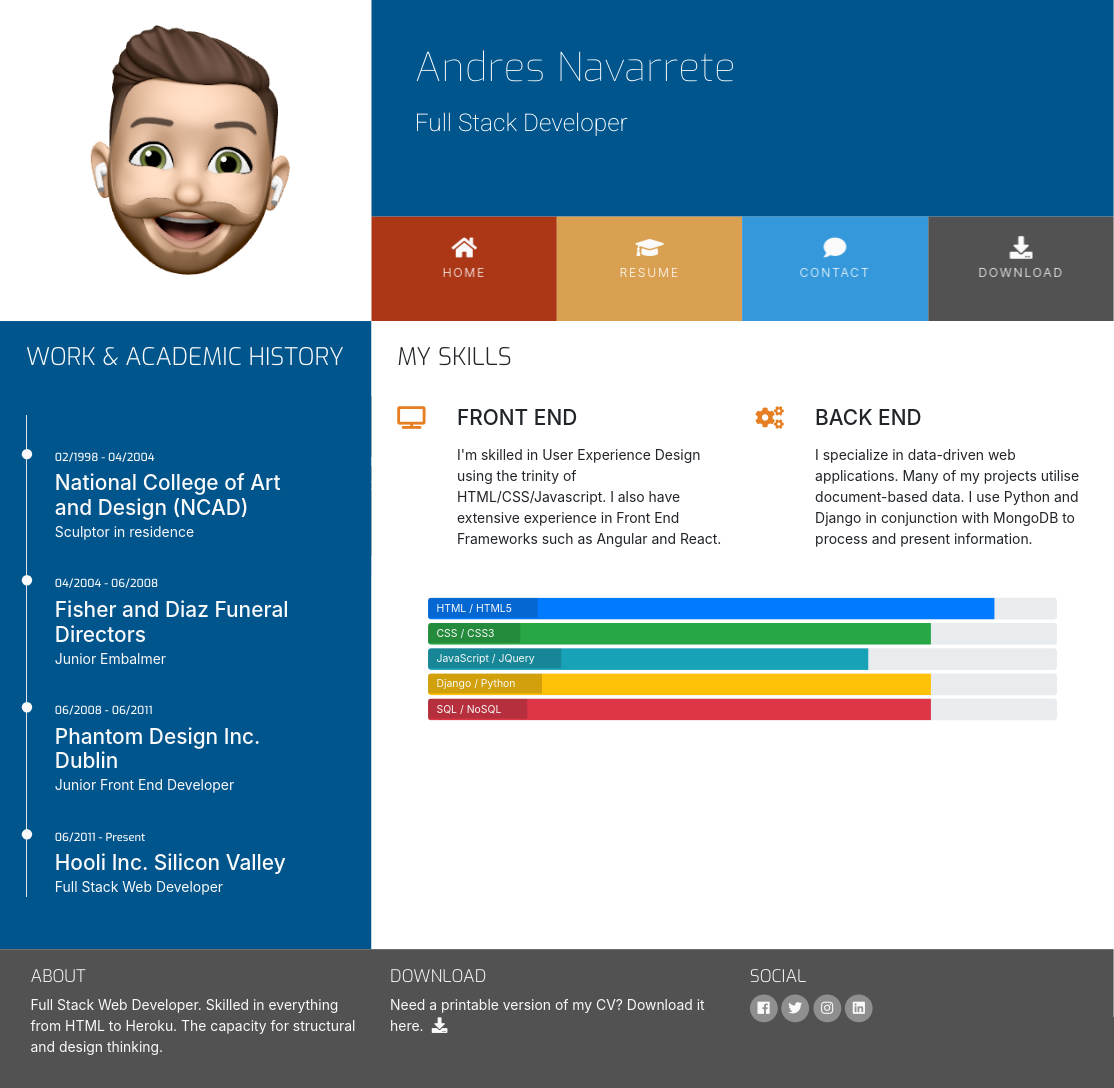
Repository: andna5980/cloud9-workspace
Page: resume.html
The author's editor kept a copy of each file at every save. The page is drawn from the files as they stood at one save, then again after the next save.
The browser window is 1280 px wide. The pictures show the whole page, at 87% of full size.
Some web libraries are served in a nearby version.

Above is the page before, as saved 2022-04-24 09:56:22.

After the next save:
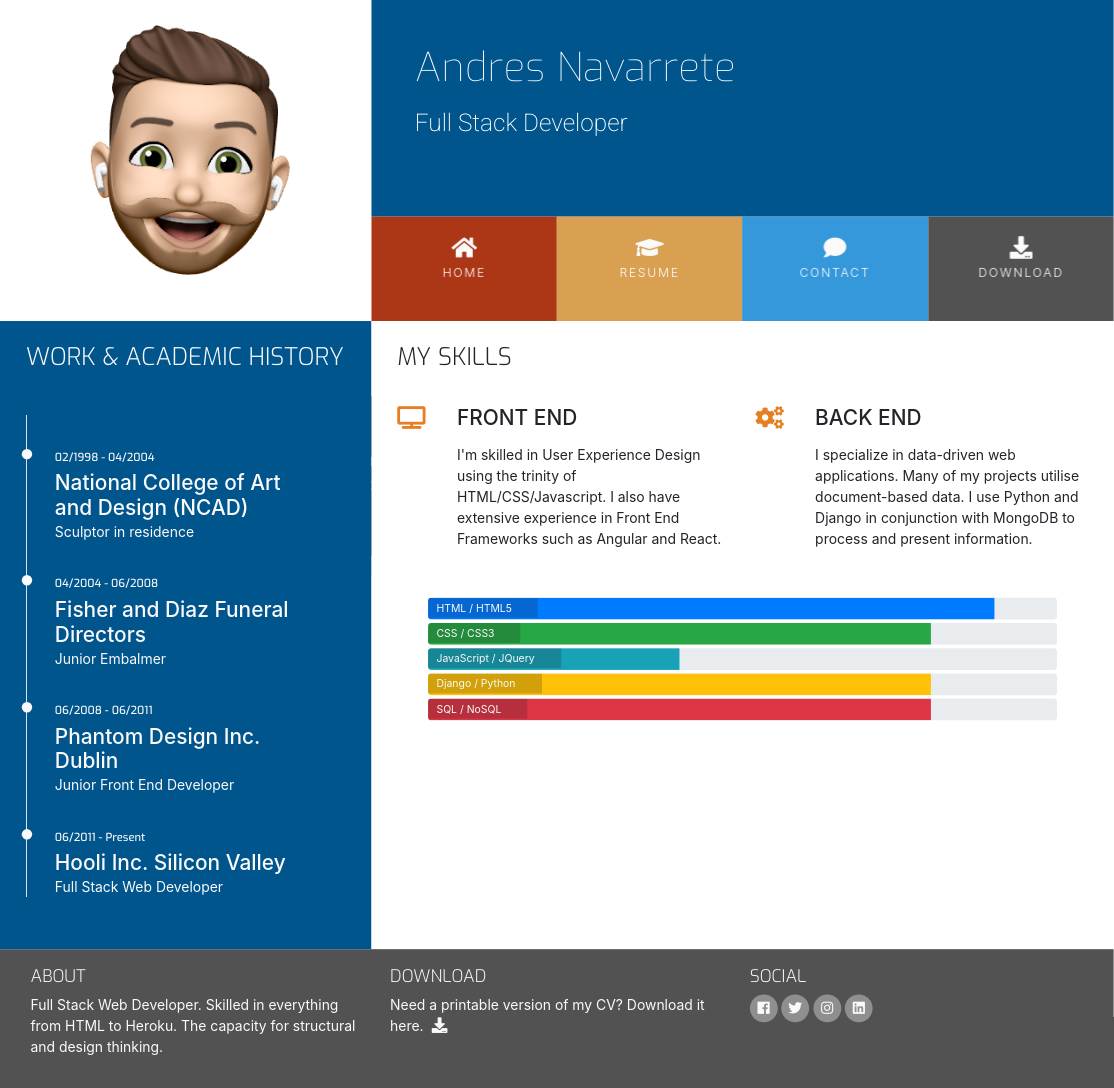
Saved 66 s later.
--- a/resume.html
+++ b/resume.html
@@ -136,7 +136,7 @@
                              <span class="progress-type">CSS / CSS3</span>
                         </div>
                         <div class="progress">
-                             <div class="progress-bar bg-info" role="progressbar" aria-valuenow="70" aria-valuemin="0" aria-valuemax="100" style="width:70%">
+                             <div class="progress-bar bg-info" role="progressbar" aria-valuenow="70" aria-valuemin="0" aria-valuemax="100" style="width:40%">
                                 <span class="sr-only">40% complete</span>
                              </div>
                              <span class="progress-type">JavaScript / JQuery</span>
